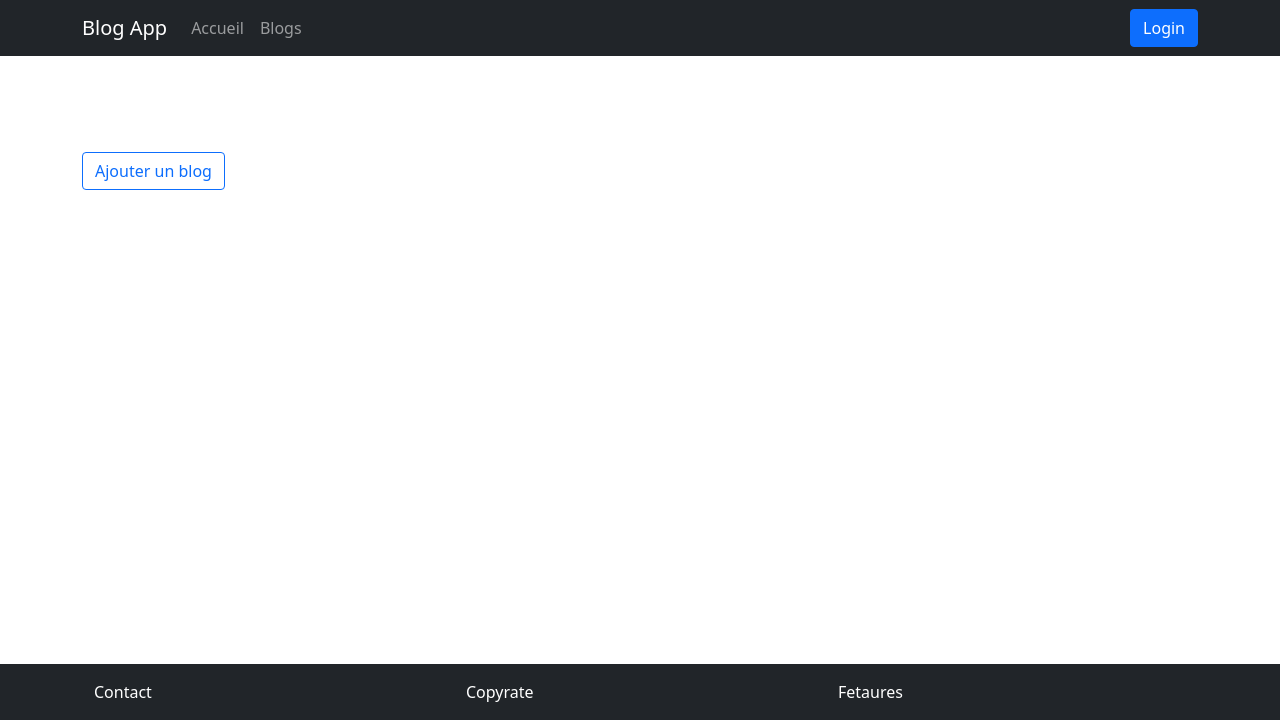
Repository: FS-23/laravel-blog-app
Page: http://localhost/blog/list
An editor plug-in stored every save of this project. The page is shown before and after the next save, followed by the edit.
The browser window is 1280 px wide. The pictures show the whole page.
The page is served by the project's Laravel application, run on PHP 8.4 with Laravel 9. Queries for data that is not in the repository find no rows.

Above is the page before, as saved 2022-06-07 13:35:54.

After the next save:
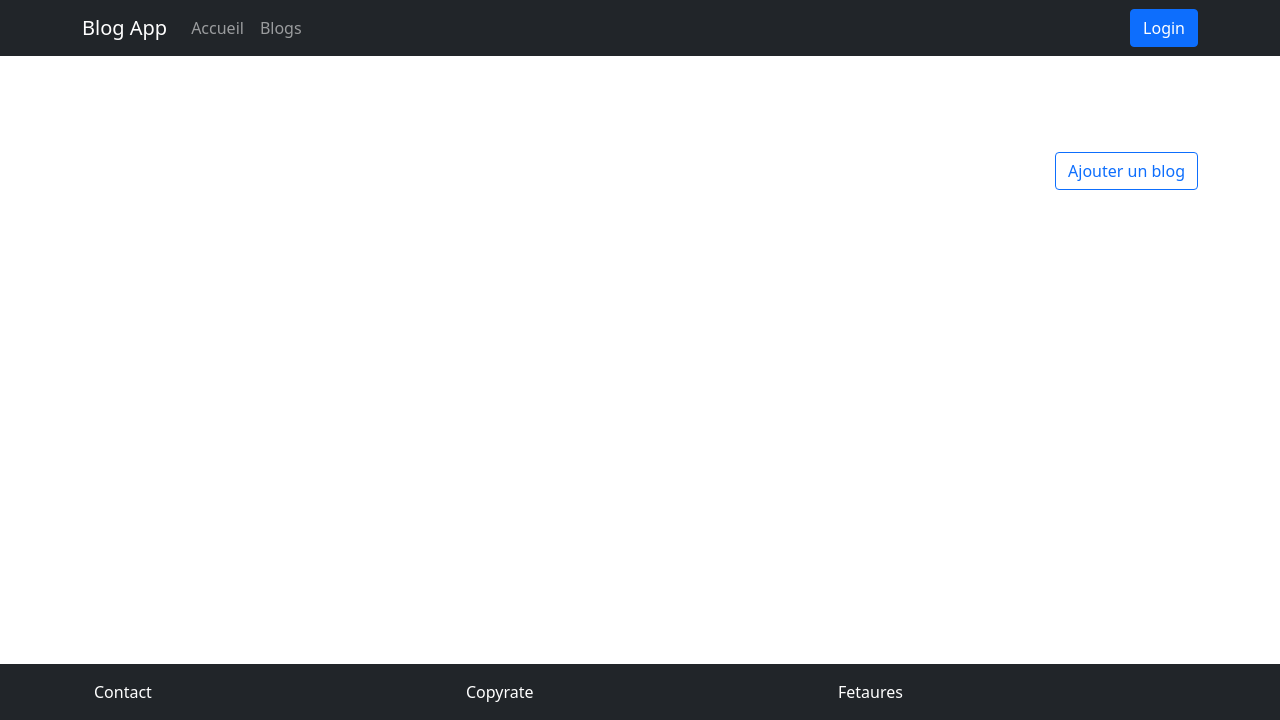
Saved 16 s later.
--- a/BlogApp/resources/views/blog/list.blade.php
+++ b/BlogApp/resources/views/blog/list.blade.php
@@ -13,7 +13,7 @@
         @endforeach
     </div> --}}
     <div class="mt-5 container">
-            <a href="/blog/create" class="btn btn-outline-primary mt-5">Ajouter un blog</a>
+            <a href="/blog/create" class="btn btn-outline-primary mt-5 float-end">Ajouter un blog</a>
             <div class="row mx-0">
                 @foreach($blogs as $blog)
                     <div style="" class="mt-3 col-12 col-sm-6 col-lg-4">
